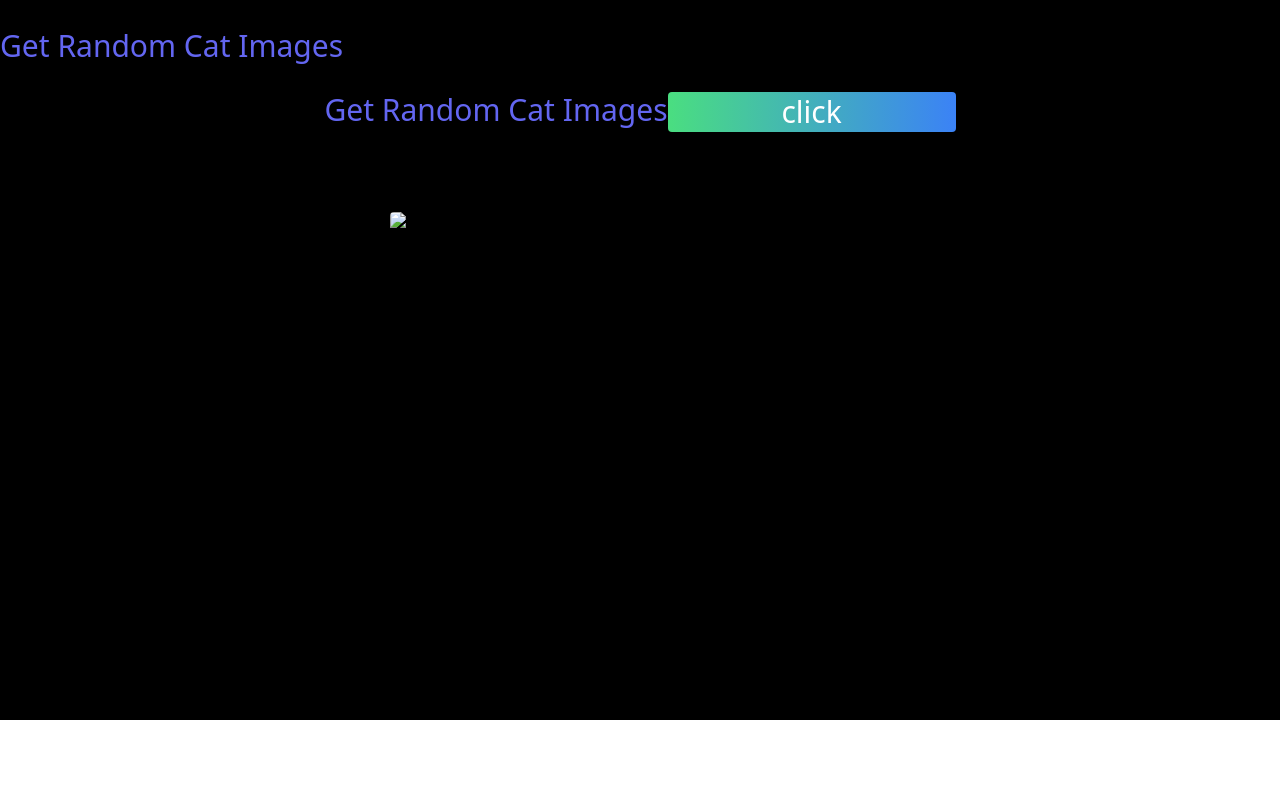
Repository: tentaciones/catMemeGenerator
Page: /
These files come from the project's save history. The page is drawn as it stood at one moment and after the next save; the edit follows.
The browser window is 1280 px wide. The pictures show the whole page.
The page's requests for data from a server got no answer. Some web fonts or font styles are not loaded; a fallback is used. The project was rebuilt for these pictures with package versions that can differ from the ones it lists, and the page was loaded fresh each time. No one was signed in, and anything a server would have sent is missing. Also part of the build but not shown: src/components/Navbar.jsx, src/components/Header.jsx, src/components/Post.jsx, src/components/Sidebar.jsx, src/pages/home.jsx.

Above is the page before, as saved 2022-07-07 19:59:10.

After the next save:
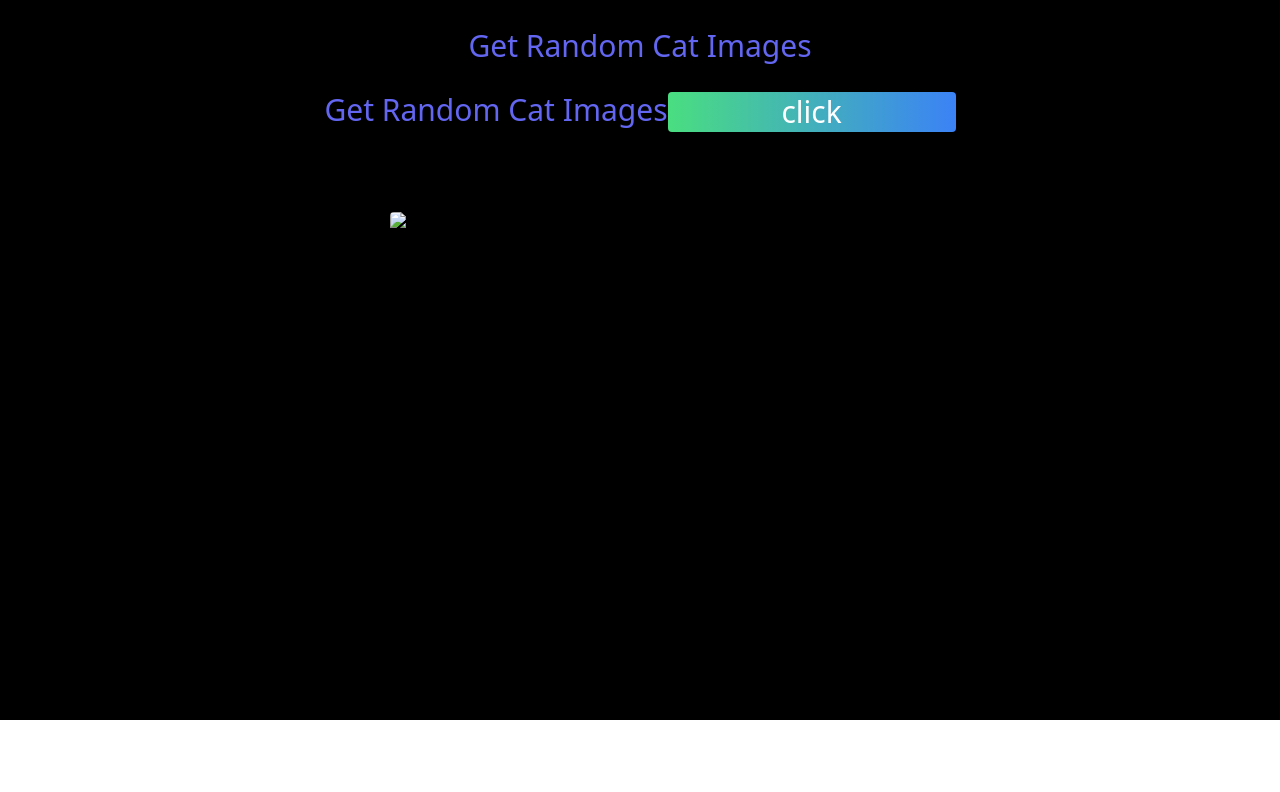
Saved 14 s later.
--- a/src/pages/Generator.jsx
+++ b/src/pages/Generator.jsx
@@ -23,7 +23,7 @@
 
   return (
     <div className="bg-black h-screen">
-      <div className="flex text-indigo-500 text-3xl">
+      <div className="flex text-indigo-500 text-3xl justify-center">
         <div className="mt-7">Get Random Cat Images</div>
       </div>
       <div className="hidden md:flex justify-center text-indigo-500 text-3xl">
